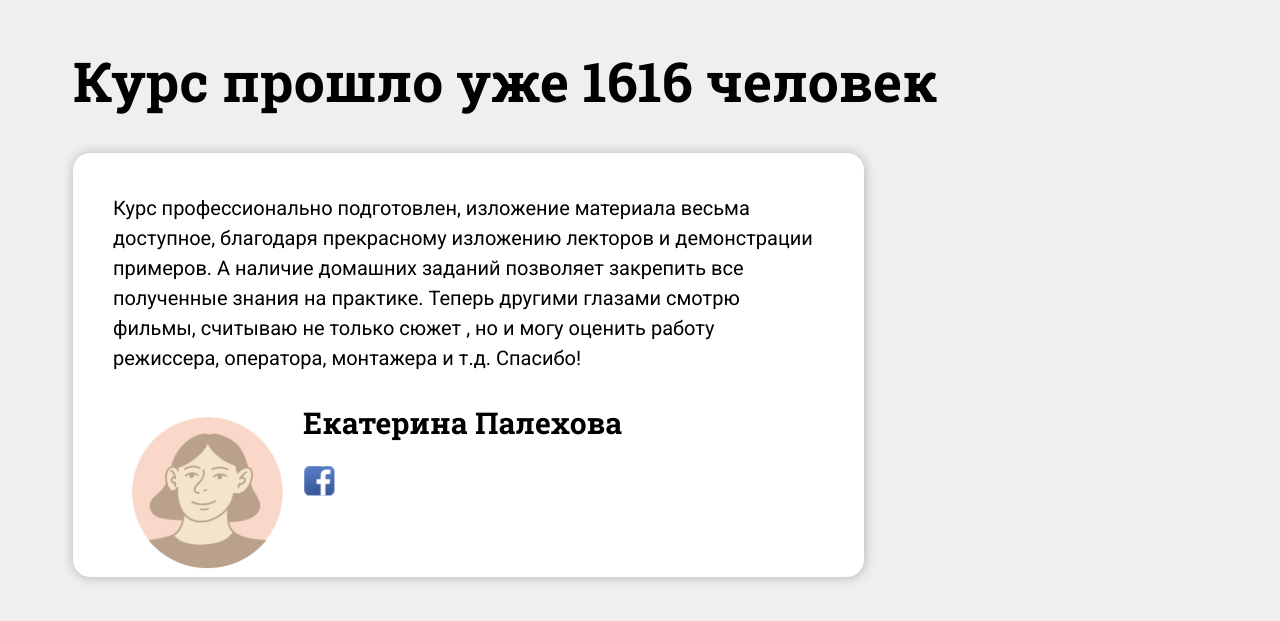
Repository: Solf555/task1
Page: index.html
An editor plug-in stored every save of this project. The page is shown before and after the next save, followed by the edit.
The browser window is 1280 px wide. The pictures show the whole page.

Above is the page before, as saved 2023-12-16 13:26:27.

After the next save:
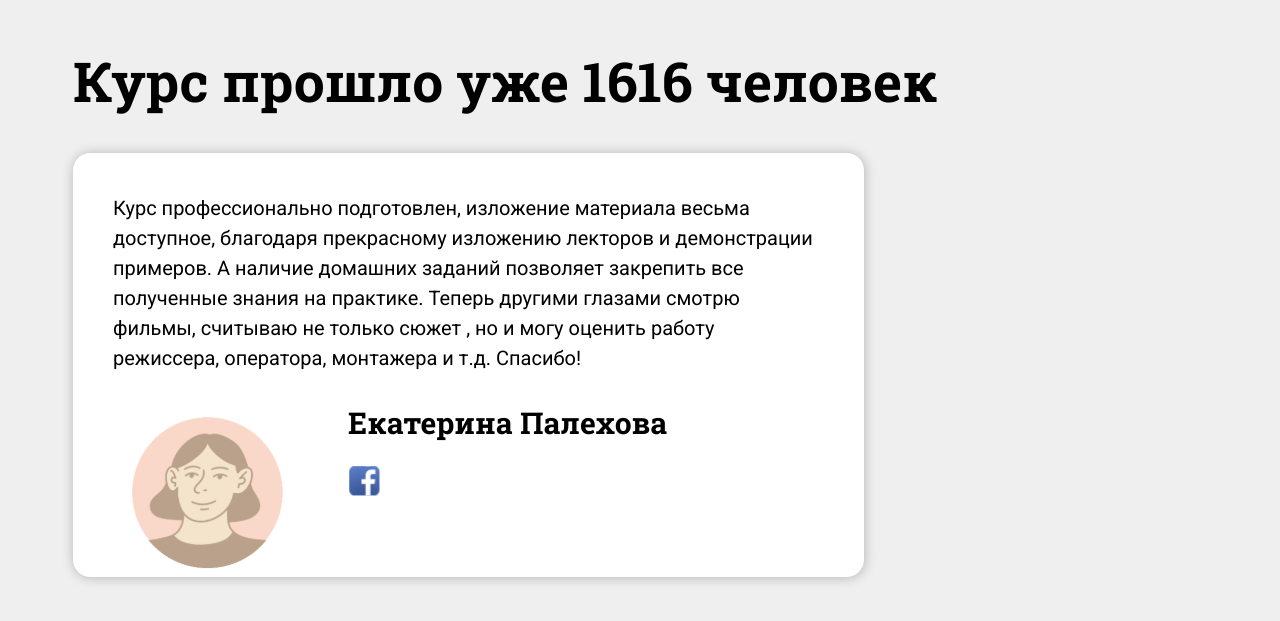
Saved 10 s later.
--- a/index.css
+++ b/index.css
@@ -52,7 +52,7 @@ h1 {
   /* padding-left: 30px; */
 }
 .card3{
-    margin-left: ;
+    margin-left:45px ;
 }
 h2 {
   color: #000;
